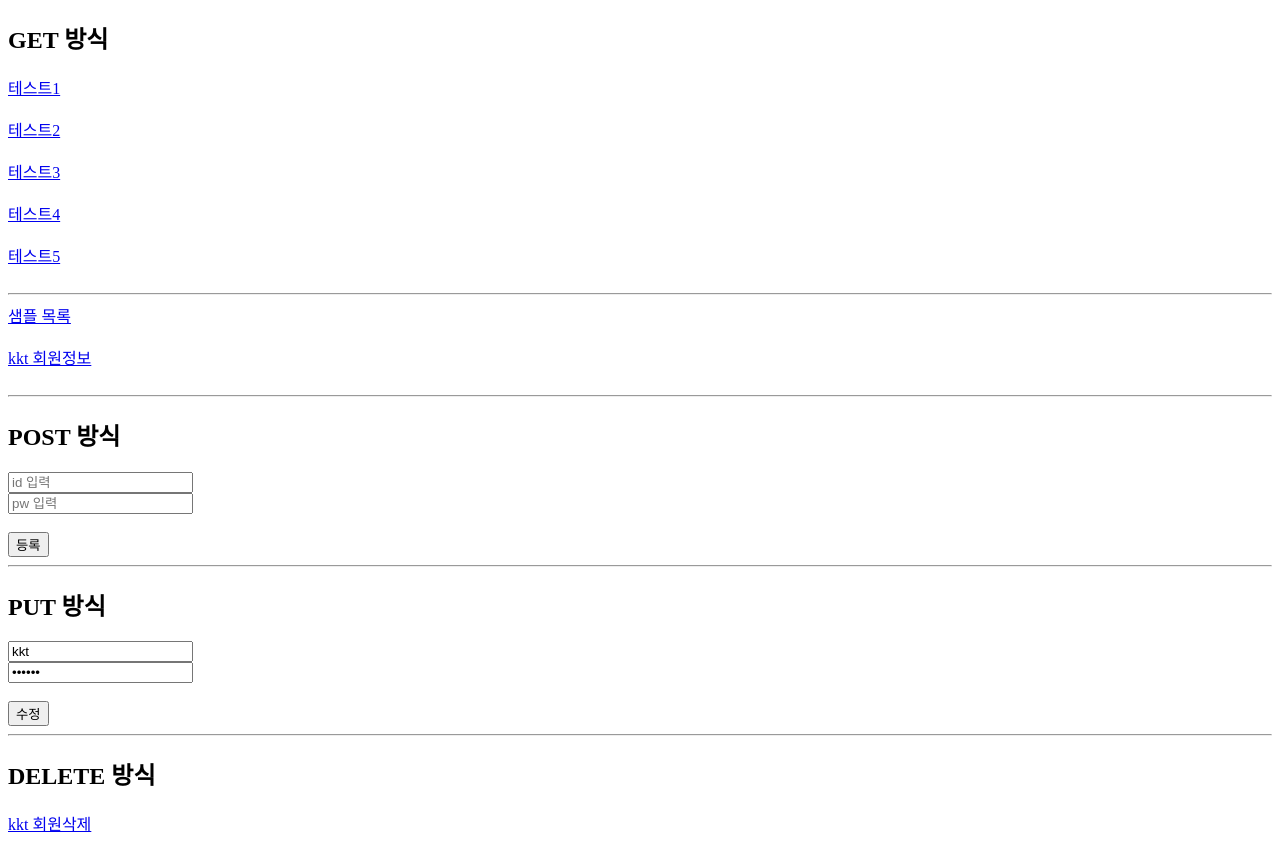
Repository: okgunyang/pro07
Page: http://localhost/pro07/WEB-INF/views/api.jsp
These files come from the project's save history. The page is drawn as it stood at one moment and after the next save; the edit follows.
The browser window is 1280 px wide. The pictures show the whole page.
The page is served by Tomcat 9. Nobody is signed in. Other server files are loaded and not shown. The template is opened directly, without the code that normally fills it, so the values that code supplies are empty.

Above is the page before, as saved 2023-01-05 09:03:07.

### pro07/src/main/webapp/WEB-INF/views/api.jsp
<%@ page language="java" contentType="text/html; charset=UTF-8"
    pageEncoding="UTF-8"%>
<!DOCTYPE html>
<html>
<head>
	<meta charset="UTF-8">
    <meta http-equiv="X-UA-Compatible" content="IE=edge">
    <meta name="viewport" content="width=device-width, initial-scale=1.0, user-scalable=no">
	<title>API Test</title>

</head>
<body>
	<h2>GET 방식</h2>
	<a href="test1">테스트1</a><br><br>
	<a href="test2/kkt/1234">테스트2</a><br><br>
	<a href="test3/kkt">테스트3</a><br><br>
	<a href="test4/kkt/1234">테스트4</a><br><br>
	<a href="test5/kkt">테스트5</a><br><br>
	<hr>
	<a href="list">샘플 목록</a><br><br>
	<a href="user/kkt">kkt 회원정보</a><br><br>

	<hr>
	<h2>POST 방식</h2>
	<form name="addSample" action="add" method="post">
		<input type="text" id="id" name="id" placeholder="id 입력"><br>
		<input type="password" id="pw" name="pw" placeholder="pw 입력"><br><br>
		<input type="submit" value="등록">
	</form>
	<hr>
	<h2>PUT 방식</h2>
	<form name="updateSample" action="update" method="post">
		<input type="hidden" name="_method" value="PUT"/>
		<input type="text" id="id" name="id" value="kkt"><br>
		<input type="password" id="pw" name="pw" value="123456"><br><br>
		<input type="submit" value="수정">
	</form>
	<hr>
	<h2>DELETE 방식</h2>
	<a href="delete/kkt">kkt 회원삭제</a><br><br>
</body>
</html>

After the next save:
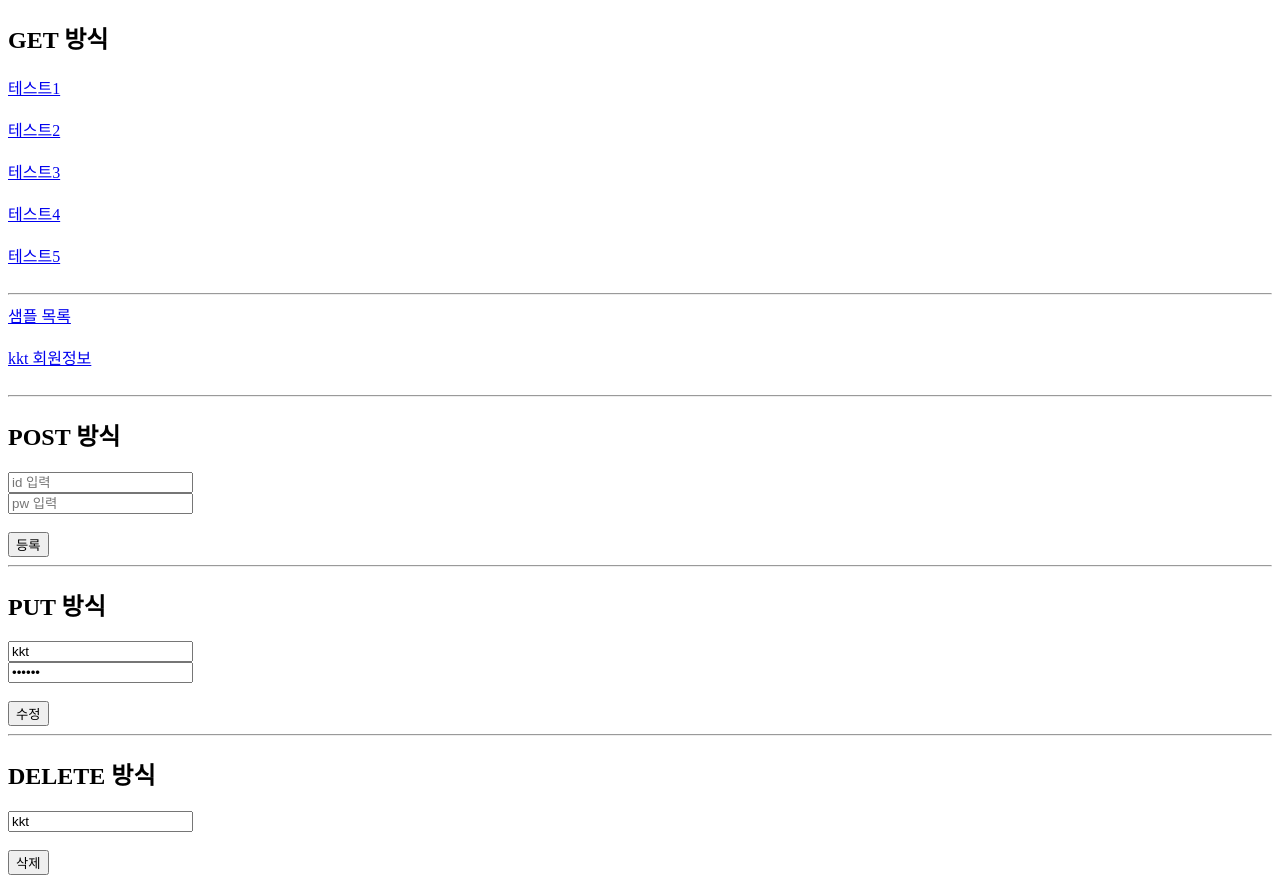
Saved 93 s later.
--- a/pro07/src/main/webapp/WEB-INF/views/api.jsp
+++ b/pro07/src/main/webapp/WEB-INF/views/api.jsp
@@ -37,6 +37,10 @@
 	</form>
 	<hr>
 	<h2>DELETE 방식</h2>
-	<a href="delete/kkt">kkt 회원삭제</a><br><br>
+	<form action="delete" method="POST">
+		<input type="hidden" name="_method" value="DELETE"/>
+		<input type="text" id="id" name="id" value="kkt"><br><br>
+		<input type="submit" value="삭제">
+	</form>
 </body>
 </html>
